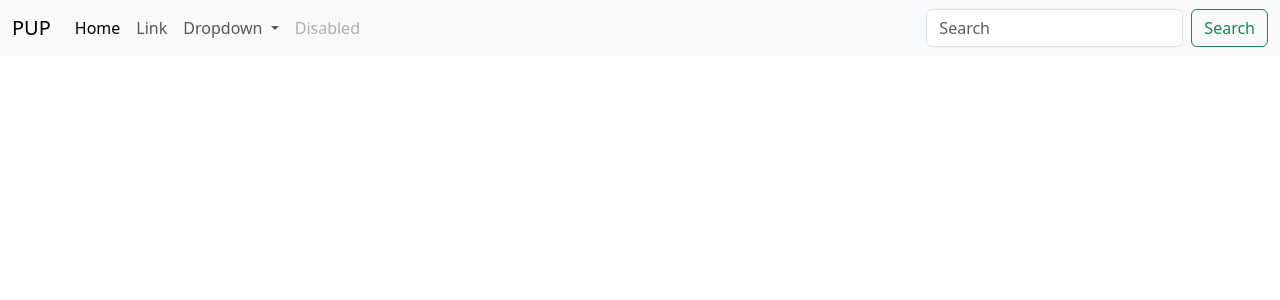
Repository: Nicktacku/webdev
Page: index.html
These files come from the project's save history. The page is drawn as it stood at one moment and after the next save; the edit follows.
The browser window is 1280 px wide. The pictures show the whole page.

Above is the page before, as saved 2024-07-15 15:46:19.

After the next save:
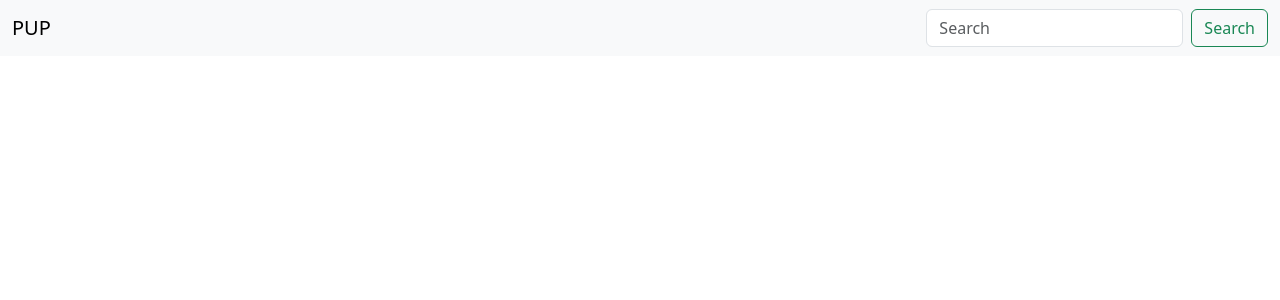
Saved 28 s later.
--- a/index.html
+++ b/index.html
@@ -27,37 +27,7 @@
         >
           <span class="navbar-toggler-icon"></span>
         </button>
-        <div class="collapse navbar-collapse" id="navbarSupportedContent">
-          <ul class="navbar-nav me-auto mb-2 mb-lg-0">
-            <li class="nav-item">
-              <a class="nav-link active" aria-current="page" href="#">Home</a>
-            </li>
-            <li class="nav-item">
-              <a class="nav-link" href="#">Link</a>
-            </li>
-            <li class="nav-item dropdown">
-              <a
-                class="nav-link dropdown-toggle"
-                href="#"
-                role="button"
-                data-bs-toggle="dropdown"
-                aria-expanded="false"
-              >
-                Dropdown
-              </a>
-              <ul class="dropdown-menu">
-                <li><a class="dropdown-item" href="#">Action</a></li>
-                <li><a class="dropdown-item" href="#">Another action</a></li>
-                <li><hr class="dropdown-divider" /></li>
-                <li>
-                  <a class="dropdown-item" href="#">Something else here</a>
-                </li>
-              </ul>
-            </li>
-            <li class="nav-item">
-              <a class="nav-link disabled" aria-disabled="true">Disabled</a>
-            </li>
-          </ul>
+
           <form class="d-flex" role="search">
             <input
               class="form-control me-2"

After the save that followed:
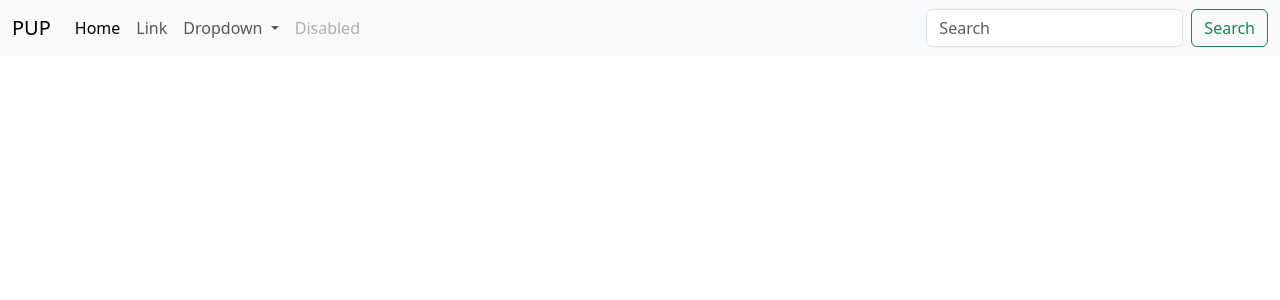
Saved 14 s later.
--- a/index.html
+++ b/index.html
@@ -27,7 +27,37 @@
         >
           <span class="navbar-toggler-icon"></span>
         </button>
-
+        <div class="collapse navbar-collapse" id="navbarSupportedContent">
+          <ul class="navbar-nav me-auto mb-2 mb-lg-0">
+            <li class="nav-item">
+              <a class="nav-link active" aria-current="page" href="#">Home</a>
+            </li>
+            <li class="nav-item">
+              <a class="nav-link" href="#">Link</a>
+            </li>
+            <li class="nav-item dropdown">
+              <a
+                class="nav-link dropdown-toggle"
+                href="#"
+                role="button"
+                data-bs-toggle="dropdown"
+                aria-expanded="false"
+              >
+                Dropdown
+              </a>
+              <ul class="dropdown-menu">
+                <li><a class="dropdown-item" href="#">Action</a></li>
+                <li><a class="dropdown-item" href="#">Another action</a></li>
+                <li><hr class="dropdown-divider" /></li>
+                <li>
+                  <a class="dropdown-item" href="#">Something else here</a>
+                </li>
+              </ul>
+            </li>
+            <li class="nav-item">
+              <a class="nav-link disabled" aria-disabled="true">Disabled</a>
+            </li>
+          </ul>
           <form class="d-flex" role="search">
             <input
               class="form-control me-2"
